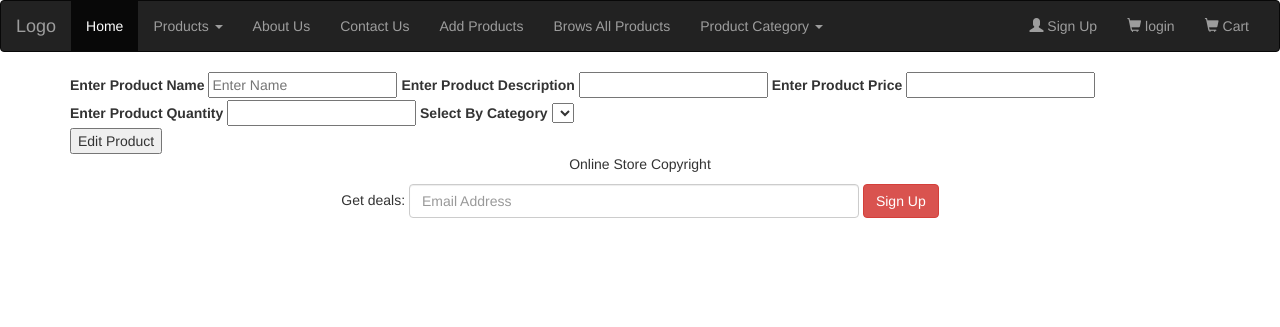
Repository: Binny16/-My-project
Page: http://localhost/online_shopping/WEB-INF/view/updateproductform.jsp
These files come from the project's save history. The page is drawn as it stood at one moment and after the next save; the edit follows.
The browser window is 1280 px wide. The pictures show the whole page.
The page is served by Tomcat 9. Nobody is signed in. Other server files are loaded and not shown. The template is opened directly, without the code that normally fills it, so the values that code supplies are empty.

Above is the page before, as saved 2018-09-13 12:57:30.

### 18-9-2018/binny/online_shopping/src/main/webapp/WEB-INF/view/updateproductform.jsp
<%@ page language="java" contentType="text/html; charset=ISO-8859-1"
    pageEncoding="ISO-8859-1"%>
     <%@taglib prefix="c" uri="http://java.sun.com/jsp/jstl/core" %>
     <%@ taglib prefix="form" uri="http://www.springframework.org/tags/form" %>
<!DOCTYPE html>
<html>
<body>
<%@ include file="Header.jsp" %>
<form:form modelAttribute="product" action="${pageContext.request.contextPath}/admin/updateproduct" method="post" enctype="multipart/form-data">
<div class="container">
  <form:hidden path="id"></form:hidden></td>
  <label><b>Enter Product Name</b></label>
    <form:input path="productname" placeholder="Enter Name"></form:input>
    <form:errors path="productname" cssStyle="color:red"></form:errors>


   <label><b>Enter Product Description</b></label>
   <form:input path="productdesc" ></form:input></label>
   <form:errors path="productdesc" cssStyle="color:red"></form:errors>

   <label><b>Enter Product Price</b></label>
   <form:input path="price" ></form:input></label>
   <form:errors path="price" cssStyle="color:red"></form:errors>


   <label><b>Enter Product Quantity</b></label>
   <form:input path="quantity" ></form:input></label>
   <form:errors path="quantity" cssStyle="color:red"></form:errors>

   <label><b>Select By Category</b></label>
   <form:select path="category.id"><!-- FK column value -->
  <!-- value is to set the value for the path category.id -->
   <c:forEach items="${categories }" var="c">
   <form:option value="${c.id }">${c.category_name }</form:option>
   </c:forEach>
   </form:select>
   <br>
    <button type="submit">Edit Product</button>
     </div>
	</form:form>

<%@ include file="Footer.jsp"%>
</body>
</html>

### 18-9-2018/binny/online_shopping/src/main/webapp/WEB-INF/view/Header.jsp
<%@ page language="java" contentType="text/html; charset=ISO-8859-1"
    pageEncoding="ISO-8859-1"%>
<%@taglib prefix="c" uri="http://java.sun.com/jsp/jstl/core" %>
<!DOCTYPE html>
<html>
<head>
	<title>Online Shopping</title>

	<meta charset="utf-8">
  <meta name="viewport" content="width=device-width, initial-scale=1">
  <link rel="stylesheet" href="https://maxcdn.bootstrapcdn.com/bootstrap/3.3.7/css/bootstrap.min.css">
  <script src="https://ajax.googleapis.com/ajax/libs/jquery/3.3.1/jquery.min.js"></script>
  <script src="https://maxcdn.bootstrapcdn.com/bootstrap/3.3.7/js/bootstrap.min.js"></script>
</head>
<body>





<nav class="navbar navbar-inverse">
  <div class="container-fluid">
    <div class="navbar-header">
      <button type="button" class="navbar-toggle" data-toggle="collapse" data-target="#myNavbar">
        <span class="icon-bar"></span>
        <span class="icon-bar"></span>
        <span class="icon-bar"></span>
      </button>
      <a class="navbar-brand" href="#">Logo</a>
    </div>
    <div class="collapse navbar-collapse" id="myNavbar">
      <ul class="nav navbar-nav">
        <li class="active"><a href="${pageContext.request.contextPath}/home">Home</a></li>
                <li class="dropdown">
        <a class="dropdown-toggle" data-toggle="dropdown" href="#">Products
        <span class="caret"></span></a>
        <ul class="dropdown-menu">
          <li><a href="${pageContext.request.contextPath}/wedding_wear">Wedding Wears</a></li>
          <li><a href="${pageContext.request.contextPath}/rings">Rings</a></li>
          <li><a href="${pageContext.request.contextPath}/earrings">Earrings</a></li>
          <li><a href="${pageContext.request.contextPath}/bangels">Bangels</a></li>
          <li><a href="${pageContext.request.contextPath}/necklace">Necklace</a></li>
        </ul>
      </li>

        <li><a href="${pageContext.request.contextPath}/aboutus">About Us</a></li>


        <li><a href="${pageContext.request.contextPath}/contact">Contact Us</a></li>
         <li><a href="${pageContext.request.contextPath}/admin/getproductform">Add Products</a></li>
         <li><a href="${pageContext.request.contextPath}/all/getallproducts">Brows All Products</a></li>

        <li class="dropdown">
        <a class="dropdown-toggle" data-toggle="dropdown" href="#">Product Category
        <span class="caret"></span></a>
        <ul class="dropdown-menu">
          <li><a href="${pageContext.request.contextPath}/Category">Add Category</a></li>
          <li><a href="${pageContext.request.contextPath}/Category">View Category</a></li>

        </ul>
      </li>
      </ul>
      <ul class="nav navbar-nav navbar-right">
        <li><a href="${pageContext.request.contextPath}/all/registrationform"><span class="glyphicon glyphicon-user"></span> Sign Up</a></li>
        <li><a href="${pageContext.request.contextPath}/login"><span class="glyphicon glyphicon-shopping-cart"></span> login</a></li>
        <li><a href="#"><span class="glyphicon glyphicon-shopping-cart"></span> Cart</a></li>
      </ul>
    </div>
  </div>
</nav>


</body>
</html>

### 18-9-2018/binny/online_shopping/src/main/webapp/WEB-INF/view/Footer.jsp
<%@ page language="java" contentType="text/html; charset=ISO-8859-1"
    pageEncoding="ISO-8859-1"%>
<!DOCTYPE html>
<html>
<head>
  <title>Online Shopping</title>

  <meta charset="utf-8">
  <meta name="viewport" content="width=device-width, initial-scale=1">
  <link rel="stylesheet" href="https://maxcdn.bootstrapcdn.com/bootstrap/3.3.7/css/bootstrap.min.css">
  <script src="https://ajax.googleapis.com/ajax/libs/jquery/3.3.1/jquery.min.js"></script>
  <script src="https://maxcdn.bootstrapcdn.com/bootstrap/3.3.7/js/bootstrap.min.js"></script>
</head>
<body>



<footer class="container-fluid text-center">
  <p>Online Store Copyright</p>
  <form class="form-inline">Get deals:
    <input type="email" class="form-control" size="50" placeholder="Email Address">
    <button type="button" class="btn btn-danger">Sign Up</button>
  </form>
</footer>

</body>
</html>

After the next save:
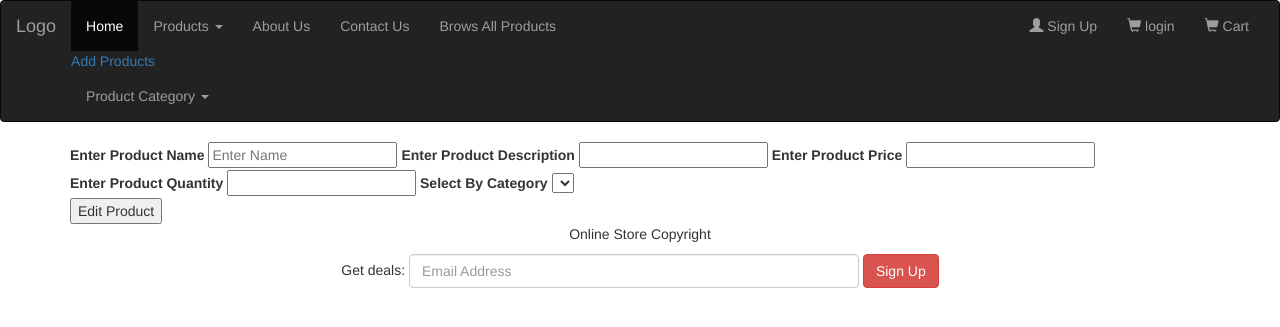
Saved 9 min 56 s later.
--- a/18-9-2018/binny/online_shopping/src/main/webapp/WEB-INF/view/Header.jsp
+++ b/18-9-2018/binny/online_shopping/src/main/webapp/WEB-INF/view/Header.jsp
@@ -44,11 +44,14 @@
       </li>
 
         <li><a href="${pageContext.request.contextPath}/aboutus">About Us</a></li>
+        <li><a href="${pageContext.request.contextPath}/contact">Contact Us</a></li>
+         <li><a href="${pageContext.request.contextPath}/all/getallproducts">Brows All Products</a></li>
 
 
-        <li><a href="${pageContext.request.contextPath}/contact">Contact Us</a></li>
+          <security:authorize access="hasRole('ROLE_ADMIN')">
          <li><a href="${pageContext.request.contextPath}/admin/getproductform">Add Products</a></li>
-         <li><a href="${pageContext.request.contextPath}/all/getallproducts">Brows All Products</a></li>
+         </security:authorize>
+
 
         <li class="dropdown">
         <a class="dropdown-toggle" data-toggle="dropdown" href="#">Product Category
